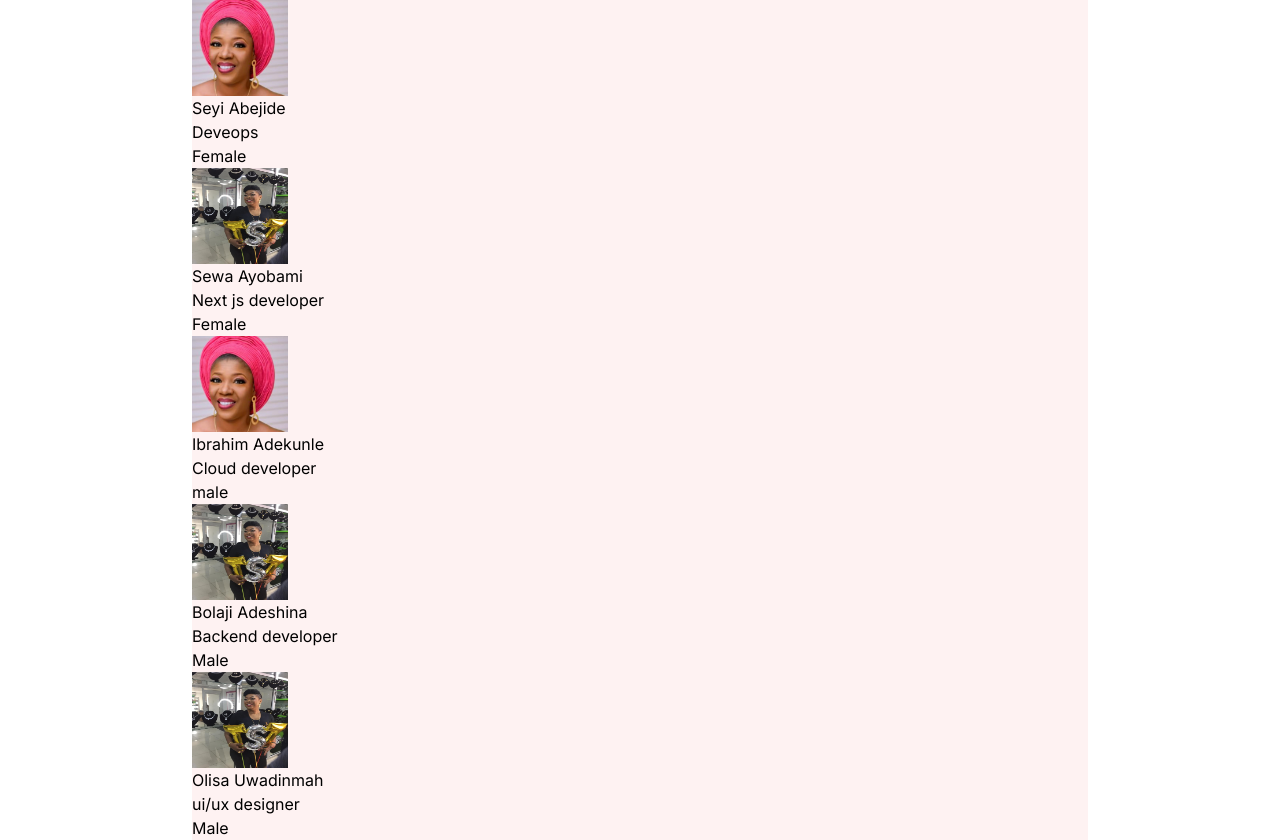
Repository: Semanmernstack/Bincom
Page: /
These files come from the project's save history. The page is drawn as it stood at one moment and after the next save; the edit follows.
The browser window is 1280 px wide. The pictures show the whole page.
The project was rebuilt for these pictures with package versions that can differ from the ones it lists, and the page was loaded fresh each time. The framework's server and built-in components were replaced by stand-ins that run in the browser. Also part of the build but not shown: next.config.mjs.

Above is the page before, as saved 2024-01-25 05:24:02.

After the next save:
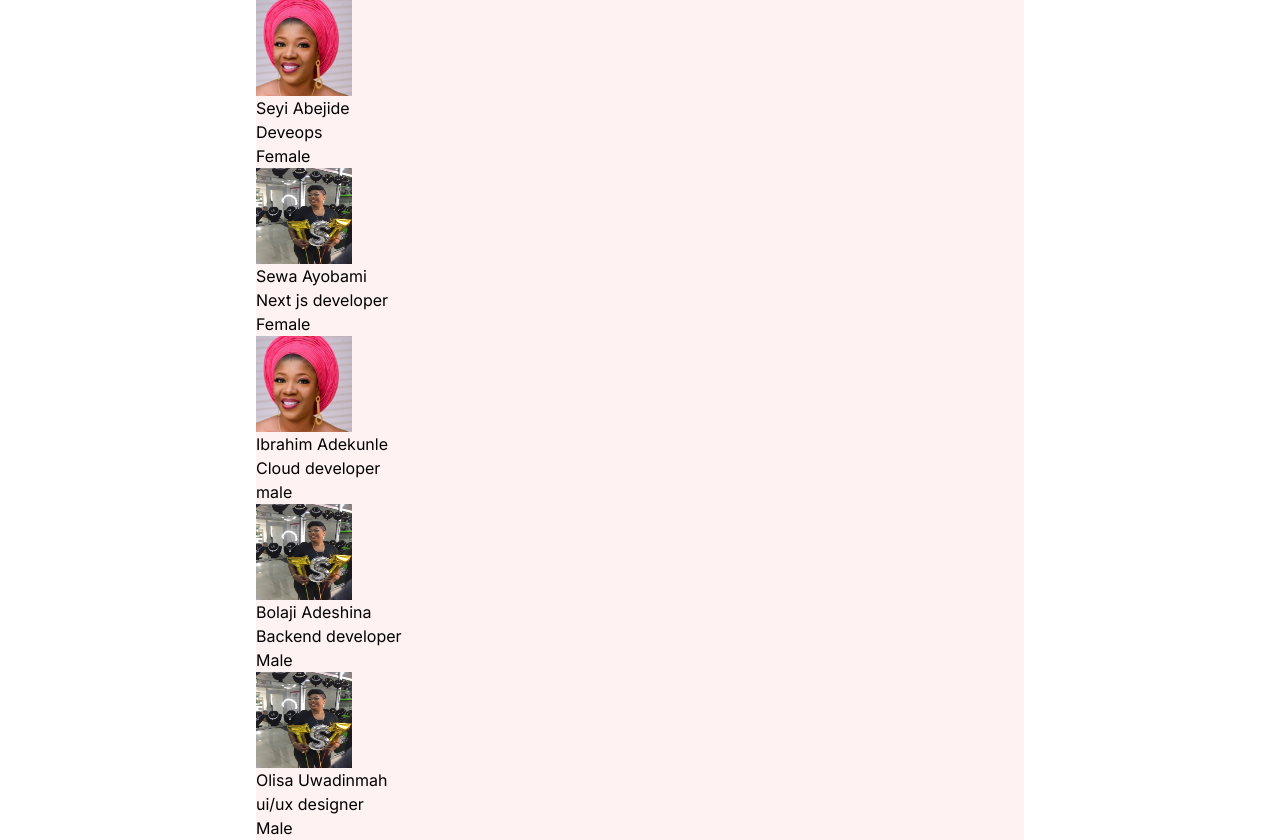
Saved 28 s later.
--- a/app/page.tsx
+++ b/app/page.tsx
@@ -54,7 +54,7 @@ const data = [
 
 export default function Home() {
   return (
-    <main className=" flex flex-col max-w-4xl mx-auto bg-red-50">
+    <main className=" flex flex-col max-w-3xl mx-auto bg-red-50">
       <div>
           {data.map((p, index)=> (
               <div className="grid grid-cols-1 sm:grid-cols-2 md:grid-cols-3" key={index}>
